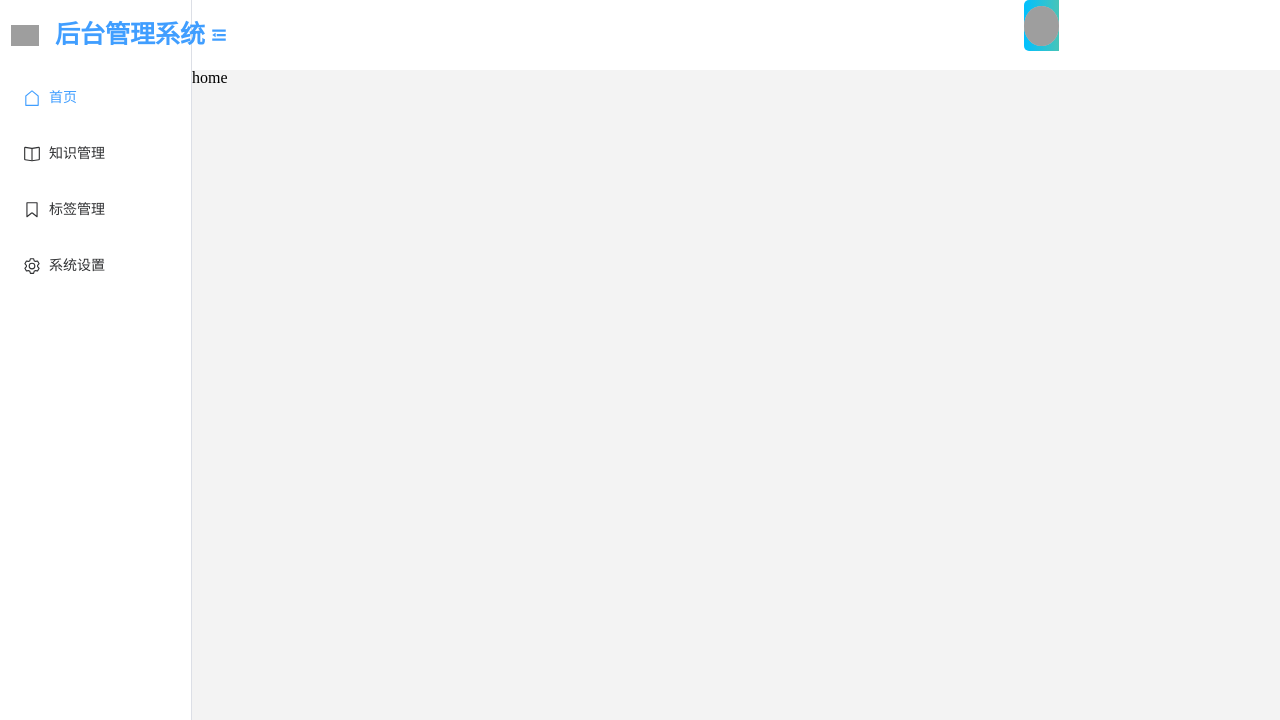
Repository: serrrN/admin
Page: /
These files come from the project's save history. The page is drawn as it stood at one moment and after the next save; the edit follows.
The browser window is 1280 px wide. The pictures show the whole page.
Pictures or frames that could not be fetched are drawn as grey boxes. The project was rebuilt for these pictures with package versions that can differ from the ones it lists, and the page was loaded fresh each time. Also part of the build but not shown: vite.config.ts, src/styles/index.scss.

Above is the page before, as saved 2024-06-05 17:30:36.

### src/main.ts
import { createApp } from 'vue'
import App from './App.vue'
import ElementPlus from 'element-plus'
import zhCn from 'element-plus/es/locale/lang/zh-cn'
import * as ElementPlusIconsVue from '@element-plus/icons-vue'
import router from './router'
import 'reset-css'
import './styles/index.scss'
import pinia from '@/store/index'
const app = createApp(App)
for (const [key, component] of Object.entries(ElementPlusIconsVue)) {
  app.component(key, component)
}
app.use(pinia)
app.use(ElementPlus, { locale: zhCn })
app.use(router)
app.mount('#app')

### src/App.vue
<script setup lang="ts"></script>

<template>
  <router-view></router-view>
</template>

<style>
* {
  box-sizing: border-box;
}
#app,
html,
body {
  width: 100%;
  height: 100%;
}
</style>

### src/router/index.ts
import { createRouter, createWebHistory } from 'vue-router'
import routes from './routes'
const router = createRouter({
  history: createWebHistory(),
  routes,
})
export default router

### src/router/routes.ts
const routes = [
  {
    path: '/',
    name: 'home',
    redirect: '/home',
    component: () => import('@/layout/index.vue'),
    children: [
      {
        path: '/home',
        component: () => import('@/views/home/index.vue'),
      },
      {
        path: '/knowledgeManage',
        component: () => import('@/views/knowledgeManage/index.vue'),
      },
      {
        path: '/tagManage',
        component: () => import('@/views/tagManage/index.vue'),
      },
      {
        path: "/systemSetting",
        component:()=>import("@/views/systemSetting/index.vue")
      }
    ],
  },
]

export default routes

### src/styles/variable.scss
//主题色
$theme-color:rgb(64, 158, 255);

// 布局容器左边宽度
$layout-container-left-max-width:15%;

// 布局容器左边塌陷后宽度
$layout-container-left-min-width:3.79%;

// 布局容器头部高度
$layout-container-header-height:70px;

### src/layout/index.vue
<template>
  <div class="layout-container">
    <div :class="systemStore.isCollapse?'left left-collapse':'left'" >
      <Menu />
    </div>
    <div :class="systemStore.isCollapse?'right right-collapse':'right'">
      <div class="header"><Header /></div>
      <div class="main"><Main/></div>
    </div>
  </div>
</template>

<script lang="ts" setup>
import Menu from './menu/index.vue'
import Header from './header/index.vue'
import Main from './main/index.vue'

import {useSystemStore} from "@/store/modules/system"
const systemStore = useSystemStore()
</script>

<style scoped lang="scss">
.layout-container {
  width: 100%;
  height: 100%;
  display: flex;
  background-color: #f3f3f3;
  .left {
    height: 100%;
    width: $layout-container-left-max-width;
    transition: all linear 0.5s;
  }
  .left-collapse{
    width:$layout-container-left-min-width;
  }
  .right {
    width: calc(100% - $layout-container-left-max-width);
    transition: all linear 0.5s;
    .header {
      width: 100%;
      height: $layout-container-header-height;
      display: flex;
      justify-content:flex-end;
      background-color: white;
    }
    .main {
      height: calc(100% - $layout-container-header-height);
      width: calc(100%);
    }
  }
  .right-collapse{
    width:calc(100% - $layout-container-left-min-width);
  }

}
</style>

### src/views/home/index.vue
<template>
home
</template>
<script setup lang="ts">

</script>
<style lang="scss" scoped>

</style>

### src/layout/menu/index.vue
<template>
  <el-menu
    default-active="home"
    :class="systemStore.isCollapse?'el-menu-vertical-collapse':'el-menu-vertical'"
    :collapse="systemStore.isCollapse"
    :router="true"
    collapse-transition
    @open="handleOpen"
    @close="handleClose"
  >
    <div class="header">
      <div class="manage-msg" v-show="!systemStore.isCollapse">
        <div class="logo-wrapped">
          <img src="/vite.svg" class="logo" alt="Vite logo" />
        </div>
        <div class="name">后台管理系统</div>
      </div>
      <div class="fold-icon-wrapped" @click="handleCollapse">
        <el-icon size="18" color="rgb(64, 158, 255)">
          <component :is="systemStore.isCollapse?'Expand':'Fold'"></component>
        </el-icon>
      </div>
    </div>

    <el-menu-item index="home">
      <el-icon><House /></el-icon>
      <template #title>首页</template>
    </el-menu-item>
    <el-menu-item index="knowledgeManage">
      <el-icon><reading /></el-icon>
      <template #title>知识管理</template>
    </el-menu-item>
    <el-menu-item index="tagManage">
      <el-icon><CollectionTag /></el-icon>
      <template #title>标签管理</template>
    </el-menu-item>
    <el-menu-item index="systemSetting">
      <el-icon><setting /></el-icon>
      <template #title>系统设置</template>
    </el-menu-item>
  </el-menu>
</template>

<script lang="ts" setup>
import {useSystemStore} from "@/store/modules/system"
const systemStore = useSystemStore()

const handleOpen = (key: string, keyPath: string[]) => {
  console.log(key, keyPath)
}
const handleClose = (key: string, keyPath: string[]) => {
  console.log(key, keyPath)
}
const handleCollapse = () => {
  systemStore.isCollapse = !systemStore.isCollapse

}
</script>

<style lang="scss" scoped>
.el-menu {
  height: 100%;
  // 管理系统菜单头部(展示名字和logo)
  .header {
    display: flex;
    height: 70px;
    line-height: 70px;
    justify-content: space-between;
    transition: all 1s;
    //管理系统信息
    .manage-msg {
      display: flex;
      // logo容器
      .logo-wrapped {
        line-height: 50px;
        height: 100%;
        display: flex;
        align-items: center;
        justify-content: center;
        width: 50px;
        .logo {
          width: 28px;
        }
      }
      // 管理系统名称
      .name {
        text-align: center;
        font-size: 25px;
        width: 160px;
        color: $theme-color;
        font-weight: 600;
      }
    }

    // 折叠图标容器
    .fold-icon-wrapped {
      width: 100%;
      display: flex;
      align-items: center;
      justify-content: center;
    }
  }

  //菜单名称
  .el-menu-item span {
    color: rgb(48, 49, 51);
    font-weight: 400;
    font-size: 17px;
    line-height: 56px;
    font-family: 'Helvetica Neue', Helvetica, 'PingFang SC', 'Hiragino';
  }
}
// 菜单不处于塌陷状态
.el-menu-vertical:not(.el-menu--collapse) {
  width: 100%;
  min-height: 100%;
  min-width: 20%;
}


</style>

### src/layout/header/index.vue
<template>
  <Menu/>
</template>
<script setup lang="ts">
// import Tabs from './tabs/index.vue'
import Menu from './menu/index.vue'
</script>
<style lang="scss" scoped></style>

### src/layout/main/index.vue
<template>
  <router-view></router-view>
</template>
<script setup lang="ts"></script>
<style lang="scss" scoped></style>

### src/store/modules/system.ts
import { defineStore } from 'pinia'
import { ref } from 'vue'
export const useSystemStore = defineStore('system', () => {
  const isCollapse = ref(false)

  return { isCollapse }
})

### src/layout/header/menu/index.vue
<template>
  <div class="header-menu">
    <el-avatar
        src="https://cube.elemecdn.com/0/88/03b0d39583f48206768a7534e55bcpng.png"
      />
  </div>
</template>
<script setup lang="ts"></script>
<style lang="scss" scoped>
.header-menu {
  width:calc(20vw);
  height:calc(4vw);
  background-image: linear-gradient(90deg, #00C0FF 0%, #FFCF00 49%, #FC4F4F 80%, #00C0FF 100%);
  border-radius:5px;
  display:flex;
  align-items:center;
  justify-content:center;
  text-transform:uppercase;
  font-size:3vw;
  font-weight:bold;

  &:after {
  content:attr(alt);
  width:20vw;
  height:4vw;
  background-color:white;
  display:flex;
  align-items:center;
  justify-content:center;
}
&:hover {
  animation:slidebg 2s linear infinite;
  width:calc(20vw + 6px);
  height:calc(4vw + 6px);
}
}
@keyframes slidebg {
  to {
    background-position:20vw;

  }
}



</style>

Loaded but not shown: index.html (common file); src/store/index.ts (common file)

After the next save:
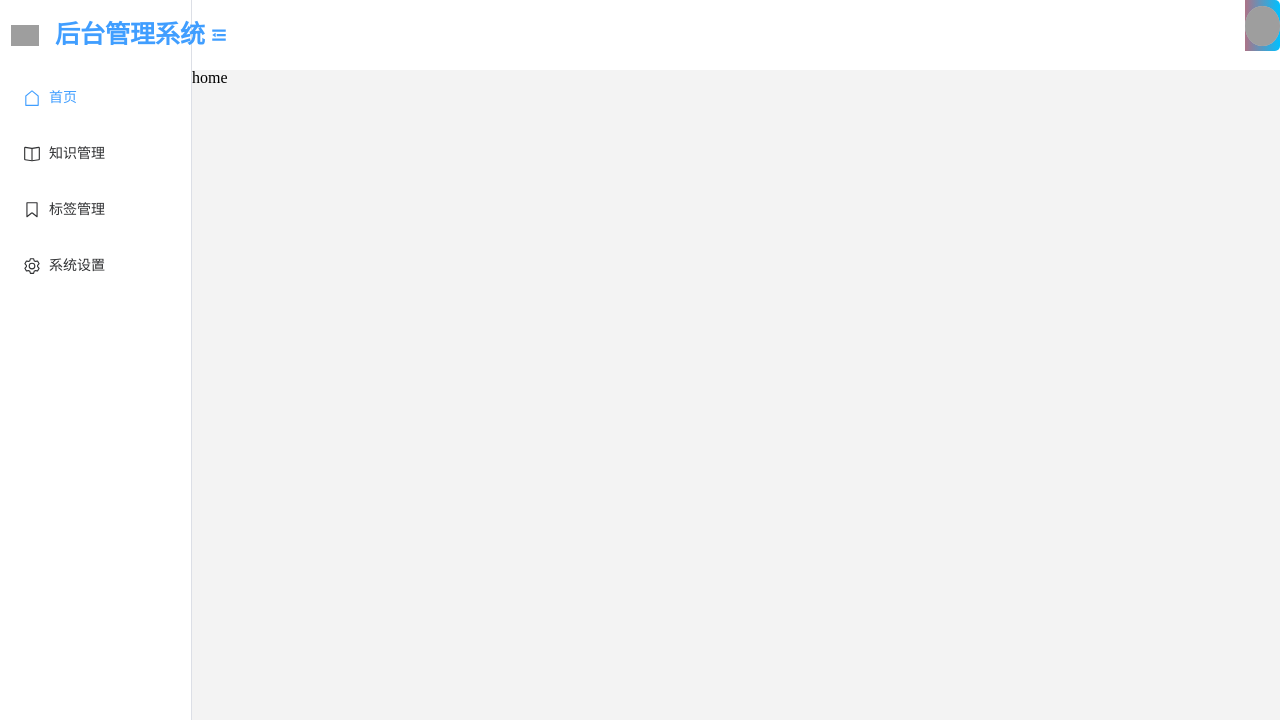
Saved 2 min 32 s later.
--- a/src/layout/header/menu/index.vue
+++ b/src/layout/header/menu/index.vue
@@ -19,7 +19,7 @@
   font-size:3vw;
   font-weight:bold;
 
-  &:after {
+  &::before {
   content:attr(alt);
   width:20vw;
   height:4vw;

After the save that followed:
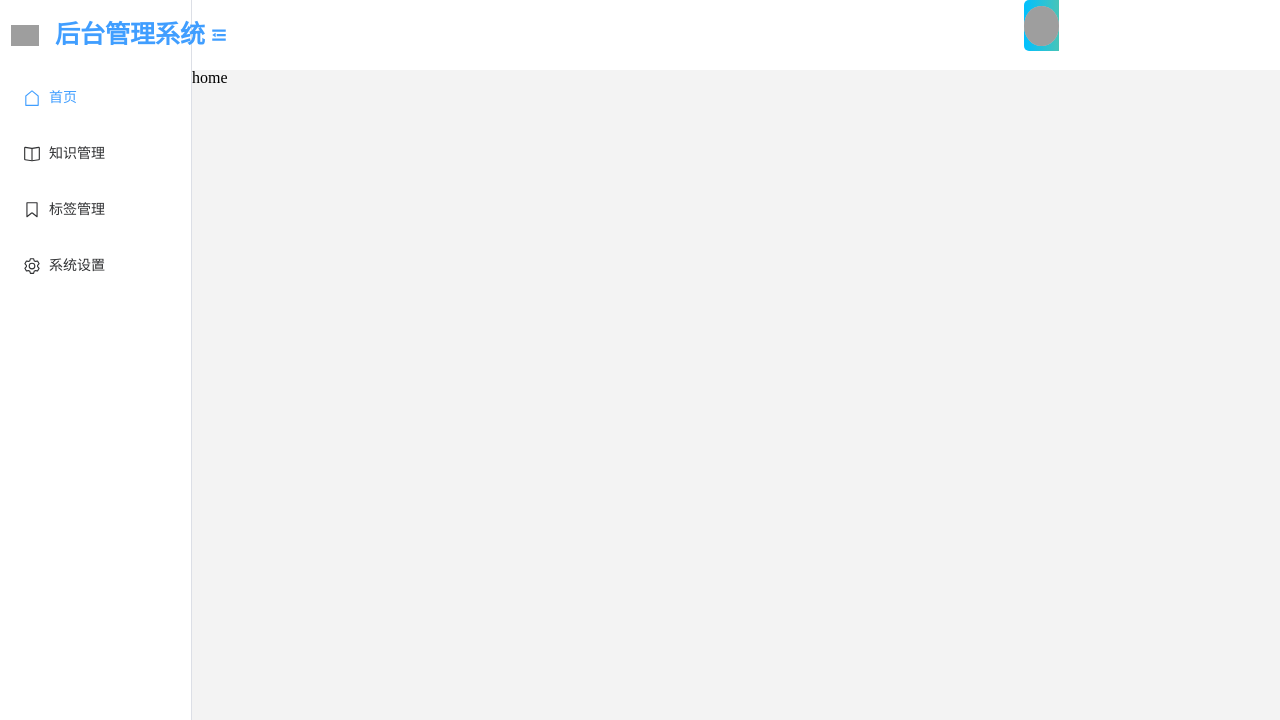
Saved 7 s later.
--- a/src/layout/header/menu/index.vue
+++ b/src/layout/header/menu/index.vue
@@ -19,7 +19,7 @@
   font-size:3vw;
   font-weight:bold;
 
-  &::before {
+  &:after {
   content:attr(alt);
   width:20vw;
   height:4vw;
